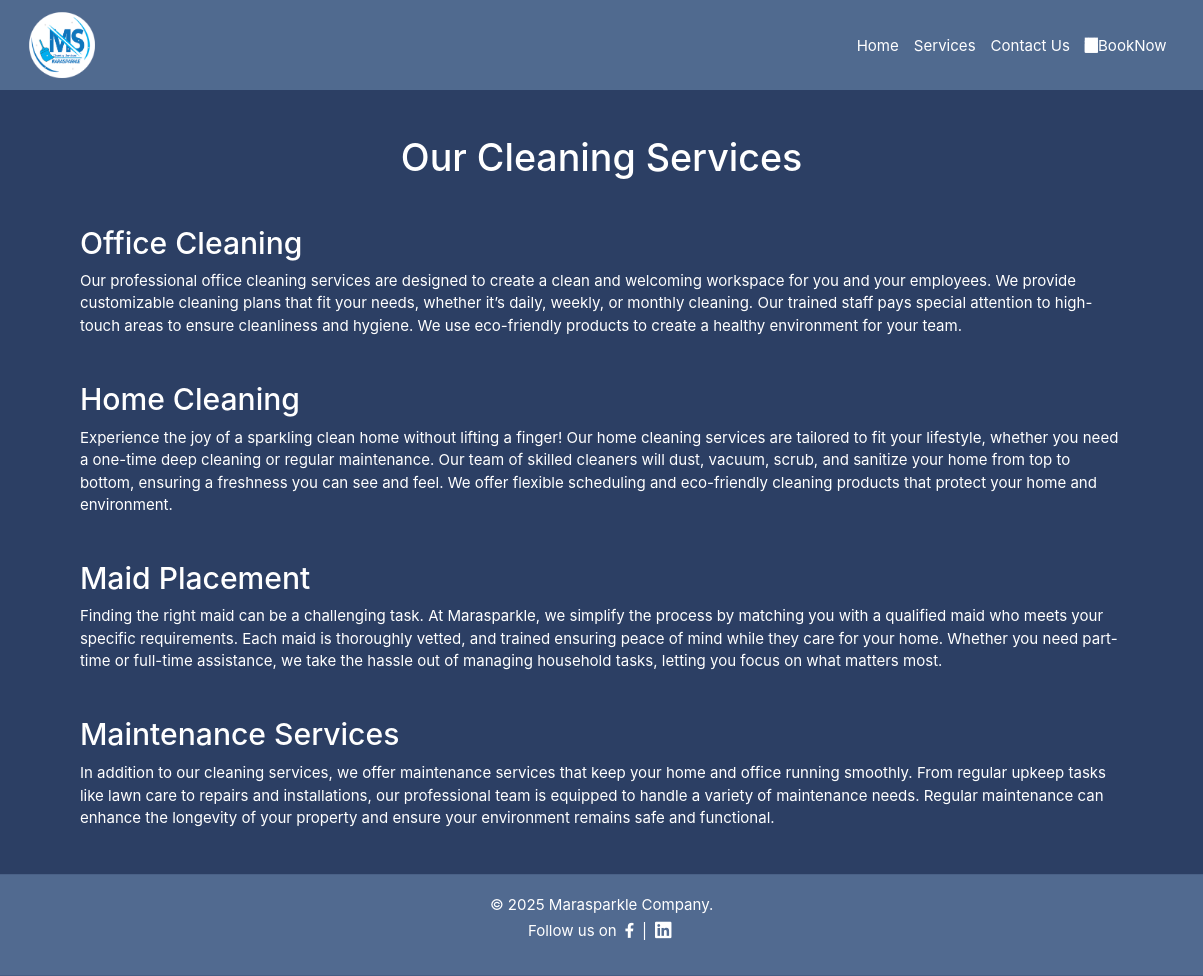
Repository: guineveretim/sparkle
Page: http://localhost/services/
An editor plug-in stored every save of this project. The page is shown before and after the next save, followed by the edit.
The browser window is 1280 px wide. The pictures show the whole page, at 94% of full size.
The page is served by the project's application, run on Django 5.2 (manage.py). Other server files are loaded and not shown.

Above is the page before, as saved 2025-04-16 10:39:50.

### templates/application/services.html
{% load static %}
<!DOCTYPE html>
<html lang="en">
<head>
    <!-- Required meta tags -->
    <meta charset="utf-8">
    <meta name="viewport" content="width=device-width, initial-scale=1, shrink-to-fit=no">

    <!-- Bootstrap CSS -->
    <link rel="stylesheet" href="https://cdn.jsdelivr.net/npm/bootstrap@4.1.3/dist/css/bootstrap.min.css"
          integrity="sha384-MCw98/SFnGE8fJT3GXwEOngsV7Zt27NXFoaoApmYm81iuXoPkFOJwJ8ERdknLPMO" crossorigin="anonymous">

    <!-- Font Awesome CDN -->
    <link rel="stylesheet" href="https://cdnjs.cloudflare.com/ajax/libs/font-awesome/6.0.0-beta3/css/all.min.css">

    <link rel="stylesheet" href="{% static 'css/application/services.css' %}">

    <title>Services</title>
</head>
<body>

    <nav class="navbar navbar-expand-lg navbar-dark sticky-top" style="background-color:rgba(166, 206, 243,0.3);">
        <div class="container-fluid">
            <a class="navbar-brand" href="{% url 'services_details' %}">
                <img src="{% static 'icons/Maralog.png' %}" style="width:70px;" alt="Logo">
            </a>
            <button class="navbar-toggler" type="button" data-toggle="collapse" data-target="#navbarNav" aria-controls="navbarNav" aria-expanded="false" aria-label="Toggle navigation">
                <span class="navbar-toggler-icon" style="color:white;"></span>
            </button>

            <div class="collapse navbar-collapse" id="navbarNav">
                <ul class="navbar-nav ml-auto">
                    <li class="nav-item">
                        <a class="nav-link" href="{% url 'home' %}" style="color:white;">Home <span class="sr-only">(current)</span></a>
                    </li>
                    <li class="nav-item active">
                        <a class="nav-link" href="{% url 'services_details' %}" style="color:white;">Services</a>
                    </li>
                    <li class="nav-item">
                        <a class="nav-link" href="{% url 'contact' %}" style="color:white;">Contact Us</a>
                    </li>
                    <li class="nav-item">
                        <a class="nav-link" href="{% url 'login' %}" style="color:white;">
                            <i class="fas fa-calendar" style="background-color: rgb(255, 255, 255);"></i>BookNow
                        </a>
                    </li>
                </ul>
            </div>
        </div>
    </nav>

    <div class="container mt-5 text-white">
        <h1 class="text-center">Our Cleaning Services</h1>

        <section class="my-5">
            <h2>Office Cleaning</h2>
            <p>Our professional office cleaning services are designed to create a clean and welcoming workspace for you and your employees. We provide customizable cleaning plans that fit your needs, whether it’s daily, weekly, or monthly cleaning. Our trained staff pays special attention to high-touch areas to ensure cleanliness and hygiene. We use eco-friendly products to create a healthy environment for your team.</p>
        </section>

        <section class="my-5">
            <h2>Home Cleaning</h2>
            <p>Experience the joy of a sparkling clean home without lifting a finger! Our home cleaning services are tailored to fit your lifestyle, whether you need a one-time deep cleaning or regular maintenance. Our team of skilled cleaners will dust, vacuum, scrub, and sanitize your home from top to bottom, ensuring a freshness you can see and feel. We offer flexible scheduling and eco-friendly cleaning products that protect your home and environment.</p>
        </section>

        <section class="my-5">
            <h2>Maid Placement</h2>
            <p>Finding the right maid can be a challenging task. At Marasparkle, we simplify the process by matching you with a qualified maid who meets your specific requirements. Each maid is thoroughly vetted, and trained ensuring peace of mind while they care for your home. Whether you need part-time or full-time assistance, we take the hassle out of managing household tasks, letting you focus on what matters most.</p>
        </section>

        <section class="my-5">
            <h2>Maintenance Services</h2>
            <p>In addition to our cleaning services, we offer maintenance services that keep your home and office running smoothly. From regular upkeep tasks like lawn care to repairs and installations, our professional team is equipped to handle a variety of maintenance needs. Regular maintenance can enhance the longevity of your property and ensure your environment remains safe and functional.</p>
        </section>
    </div>

    <footer class="footer text-center" style="background-color: rgba(166, 206, 243, 0.3); padding: 20px 0;">
        <div class="container-fluid">
            <div class="row">
                <div class="col-12">
                    <p class="mb-1 text-white">© 2025 Marasparkle Company.</p>
                    <p class="text-white">
                        Follow us on
                        <a href="https://www.facebook.com/profile.php?id=61573551016908" class="mx-1 text-white" aria-label="Follow us on Facebook">
                            <i class="fab fa-facebook-f"></i>
                        </a>
                        |
                        <a href="https://linkedin.com" class="mx-1 text-white" aria-label="Follow us on LinkedIn">
                            <i class="fab fa-linkedin fa-lg"></i>
                        </a>
                    </p>
                </div>
            </div>
        </div>
    </footer>

<!-- jQuery first, then Popper.js, then Bootstrap JS -->
<script src="https://code.jquery.com/jquery-3.3.1.slim.min.js" integrity="sha384-q8i/X+965DzO0rT7abK41JStQIAqVgRVzpbzo5smXKp4YfRvH+8abtTE1Pi6jizo" crossorigin="anonymous"></script>
<script src="https://cdn.jsdelivr.net/npm/popper.js@1.14.3/dist/umd/popper.min.js" integrity="sha384-ZMP7rVo3mIykV+2+9J3UJ46jBk0WLaUAdn689aCwoqbBJiSnjAK/l8WvCWPIPm49" crossorigin="anonymous"></script>
<script src="https://cdn.jsdelivr.net/npm/bootstrap@4.1.3/dist/js/bootstrap.min.js" integrity="sha384-ChfqqxuZUCnJSK3+MXmPNIyE6ZbWh2IMqE241rYiqJxyMiZ6OW/JmZQ5stwEULTy" crossorigin="anonymous"></script>
</body>
</html>

### marasparkle/views.py

from django.shortcuts import redirect, render
from django.contrib.auth import authenticate, login
from .forms import  UserRegistrationForm, UserLoginForm
from django.contrib.auth.decorators import login_required
from django.contrib import messages
from .forms import BookingForm
from django.views.decorators.cache import never_cache
from django.views.decorators.csrf import csrf_protect
from django.contrib.auth.models import Group
from django.http import HttpResponse
from .models import Booking
from django.shortcuts import get_object_or_404



def home(request):
  return render(request, 'application/home.html')

def Service(request):
    return render(request, 'application/services.html')


def contact(request):
    return render(request, 'application/contact.html')

def about_view(request):
    return render(request, 'application/about.html')

def bookin(request):
    return render(request, 'application/bookin.html')





def register(request):
    if request.method == 'POST':
        form = UserRegistrationForm(request.POST)
        if form.is_valid():
            user = form.save(commit=False)
            user.set_password(form.cleaned_data['password'])
            user.save()

            group =Group.objects.get(name = 'user')
            user.groups.add(group)


            login(request, user)
            messages.success(request, "Registration successful.")
            return redirect('login')
    else:
        form = UserRegistrationForm()

    return render(request, 'authentication/register.html', {'form': form})

def login_view(request):
    if request.method == 'POST':
        form = UserLoginForm(data=request.POST)
        if form.is_valid():
            username = form.cleaned_data.get('username')
            password = form.cleaned_data.get('password')
            user = authenticate(request, username=username, password=password)

            if user is not None:

                if user.groups.filter(name='admin').exists():
                    login(request, user)
                    return redirect('/admin/')
                elif user.groups.filter(name='user').exists():
                    login(request, user)
                    return redirect('create_booking')
            else:

                messages.error(request, 'Invalid username or password.')
        else:
            # Optional: Handle field errors
            for field, errors in form.errors.items():
                for error in errors:
                    messages.error(request, error)

    else:
        form = UserLoginForm()

    return render(request, 'authentication/login.html', {'form': form})


@login_required
def create_booking(request):
    if request.method == 'POST':
        form = BookingForm(request.POST)
        if form.is_valid():
            booking = form.save(commit=False)
            booking.user = request.user  # Associate the booking with the logged-in user
            booking.save()  # Save the booking record

            # Redirect to the success page with the booking ID
            return redirect('booking_success', booking_id=booking.id)
    else:
        form = BookingForm()

    return render(request, 'accounts/booking.html', {'form': form})



@login_required
def booking_success(request, booking_id):
    booking = get_object_or_404(Booking, id=booking_id)

    context = {
        'service_type': booking.get_service_selection_display(),  # To show a human-readable name for service_selection
        'booking_date': booking.date_time.date(),
        'booking_time': booking.date_time.time(),
        'contact_info': booking.contact_infor,
        'location_info': booking.location_infor,
        'additional_details': booking.additional_details,
    }

    return render(request, 'application/bookin.html', context)

### marasparkleweb/urls.py
"""
URL configuration for marasparkleweb project.

The `urlpatterns` list routes URLs to views. For more information please see:
    https://docs.djangoproject.com/en/5.1/topics/http/urls/
Examples:
Function views
    1. Add an import:  from my_app import views
    2. Add a URL to urlpatterns:  path('', views.home, name='home')
Class-based views
    1. Add an import:  from other_app.views import Home
    2. Add a URL to urlpatterns:  path('', Home.as_view(), name='home')
Including another URLconf
    1. Import the include() function: from django.urls import include, path
    2. Add a URL to urlpatterns:  path('blog/', include('blog.urls'))
"""
from django.contrib import admin
from django.urls import include, path

urlpatterns = [
    path('admin/', admin.site.urls),
    path('', include('marasparkle.urls')),
]

### marasparkle/urls.py
from django.urls import path

from marasparkle.forms import ResetPasswordConfirmForm, ResetPasswordForm
from . import views
from django.contrib.auth import views as auth_views
from .views import create_booking, booking_success



urlpatterns = [
    path('', views.home, name='home'),
    path('about/',views.about_view, name='about'),
    path('services/',views.Service,name='services_details'),
    path('login/', views.login_view, name= 'login'),
    path('register/', views.register, name='register'),
    path('contact/', views.contact, name='contact'),


    path('password_reset/', auth_views.PasswordResetView.as_view(
        template_name='authentication/password_reset.html',
        form_class=ResetPasswordForm
    ), name='password_reset'),


    path('password_reset_done/', auth_views.PasswordResetDoneView.as_view(
        template_name='authentication/password_reset_done.html'
    ), name='password_reset_done'),


    path('password_reset_confirm/<uidb64>/<token>/', auth_views.PasswordResetConfirmView.as_view(
        template_name='authentication/password_reset_confirm.html',
        form_class=ResetPasswordConfirmForm
    ), name='password_reset_confirm'),

    path('password_reset_complete/', auth_views.PasswordResetCompleteView.as_view(
        template_name='authentication/password_reset_complete.html'
    ), name='password_reset_complete'),


      path('booking/', create_booking, name='create_booking'),
    path('booking-success/<int:booking_id>/', booking_success, name='booking_success'),



]

### static/css/application/services.css
body{
  background-color: #2c3f64;
}

After the next save:
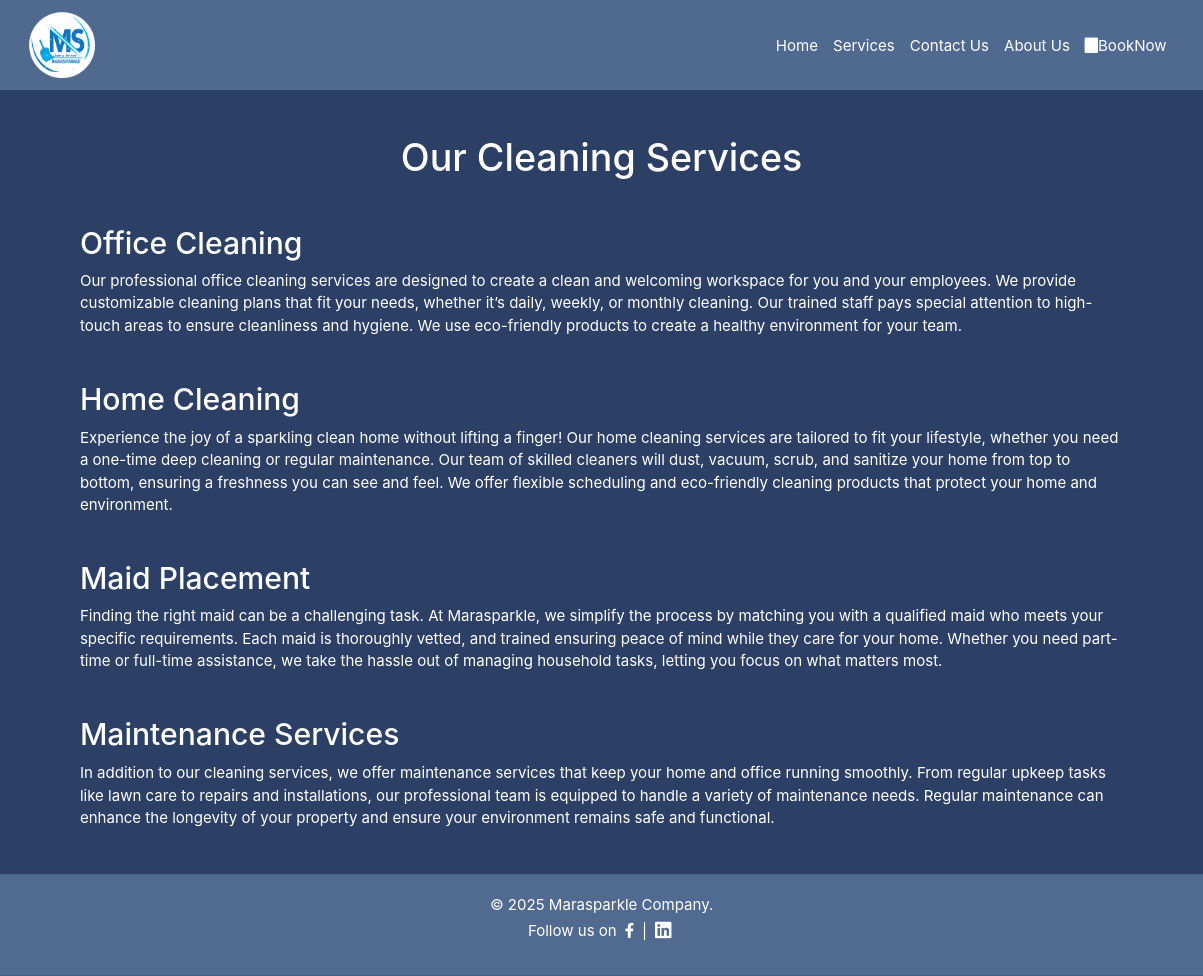
Saved 2 min 42 s later.
--- a/templates/application/services.html
+++ b/templates/application/services.html
@@ -38,6 +38,9 @@
                     </li>
                     <li class="nav-item">
                         <a class="nav-link" href="{% url 'contact' %}" style="color:white;">Contact Us</a>
+                    </li>
+                    <li class="nav-item active">
+                        <a class="nav-link" href="{% url 'about' %}">About Us</a>
                     </li>
                     <li class="nav-item">
                         <a class="nav-link" href="{% url 'login' %}" style="color:white;">
